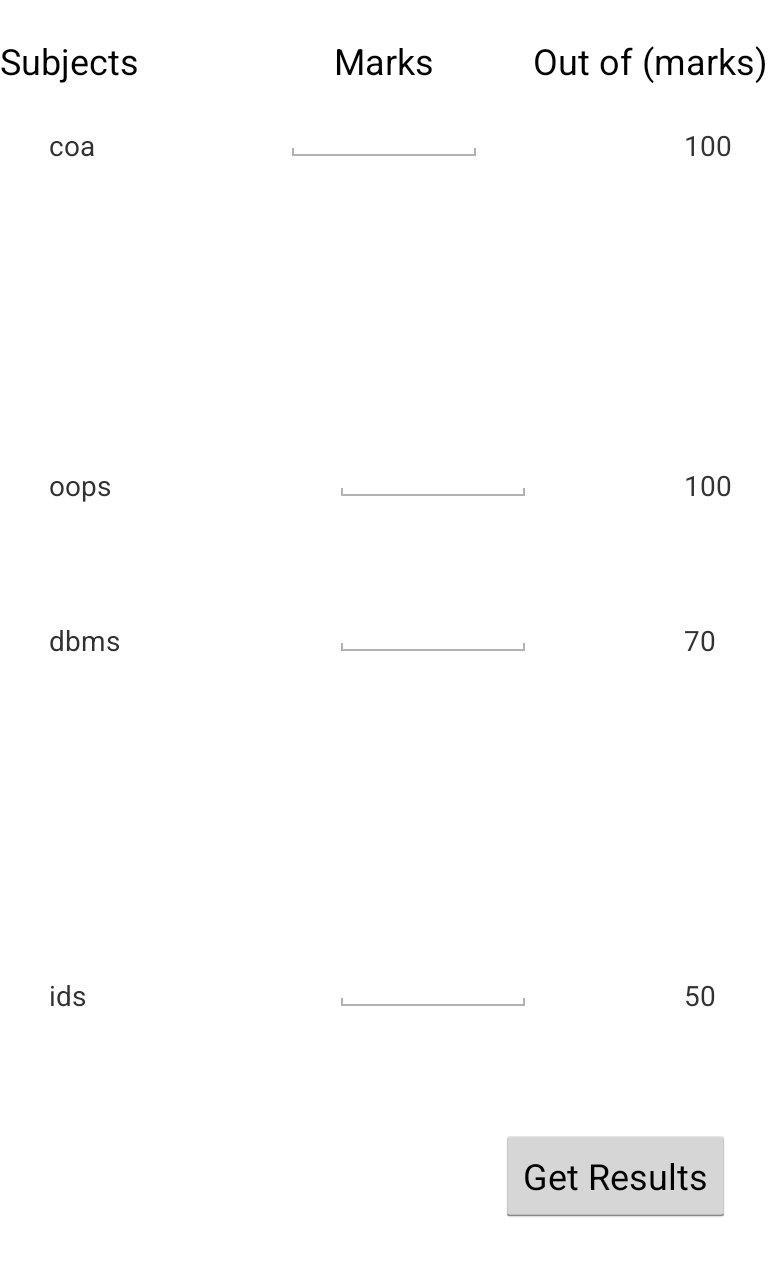
Repository: arjuntheprogrammer/iact
Layout: iact/iact android practice/mywork/ReportCard/res/layout/activity_second.xml
An editor plug-in stored every save of this project. The layout is shown before and after the next save, followed by the edit.
It is drawn on a 768 x 1280 px phone screen (xhdpi) without system bars, with theme AppTheme; the app's code is not run.

Above is the layout before, as saved 2015-12-26 11:18:12.

After the next save:
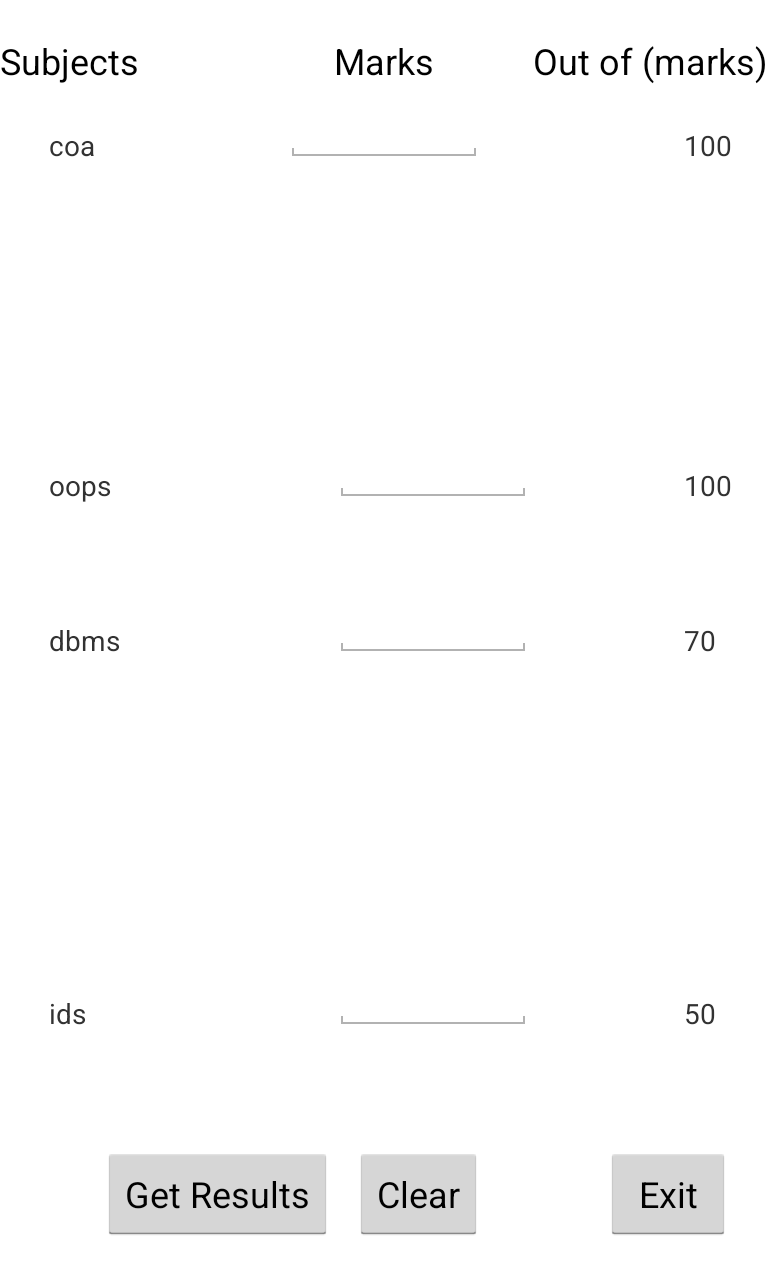
Saved 4 min 38 s later.
--- a/iact/iact android practice/mywork/ReportCard/res/layout/activity_second.xml
+++ b/iact/iact android practice/mywork/ReportCard/res/layout/activity_second.xml
@@ -41,15 +41,6 @@
         android:layout_alignLeft="@+id/textView10"
         android:text="50"
         android:textAppearance="?android:attr/textAppearanceSmall" />
-
-    <Button
-        android:id="@+id/button1"
-        android:layout_width="wrap_content"
-        android:layout_height="wrap_content"
-        android:layout_alignParentBottom="true"
-        android:layout_alignRight="@+id/textView9"
-        android:layout_marginBottom="28dp"
-        android:text="Get Results" />
 
     <TextView
         android:id="@+id/textView6"
@@ -158,4 +149,31 @@
         android:text="Marks"
         android:textAppearance="?android:attr/textAppearanceMedium" />
 
+    <Button
+        android:id="@+id/button3"
+        android:layout_width="wrap_content"
+        android:layout_height="wrap_content"
+        android:layout_alignBaseline="@+id/button1"
+        android:layout_alignBottom="@+id/button1"
+        android:layout_alignRight="@+id/textView8"
+        android:text="Exit" />
+
+    <Button
+        android:id="@+id/button1"
+        android:layout_width="wrap_content"
+        android:layout_height="wrap_content"
+        android:layout_alignParentBottom="true"
+        android:layout_marginBottom="19dp"
+        android:layout_toLeftOf="@+id/textView2"
+        android:text="Get Results" />
+
+    <Button
+        android:id="@+id/button2"
+        android:layout_width="wrap_content"
+        android:layout_height="wrap_content"
+        android:layout_alignBaseline="@+id/button3"
+        android:layout_alignBottom="@+id/button3"
+        android:layout_alignRight="@+id/EditText00"
+        android:text="Clear" />
+
 </RelativeLayout>
